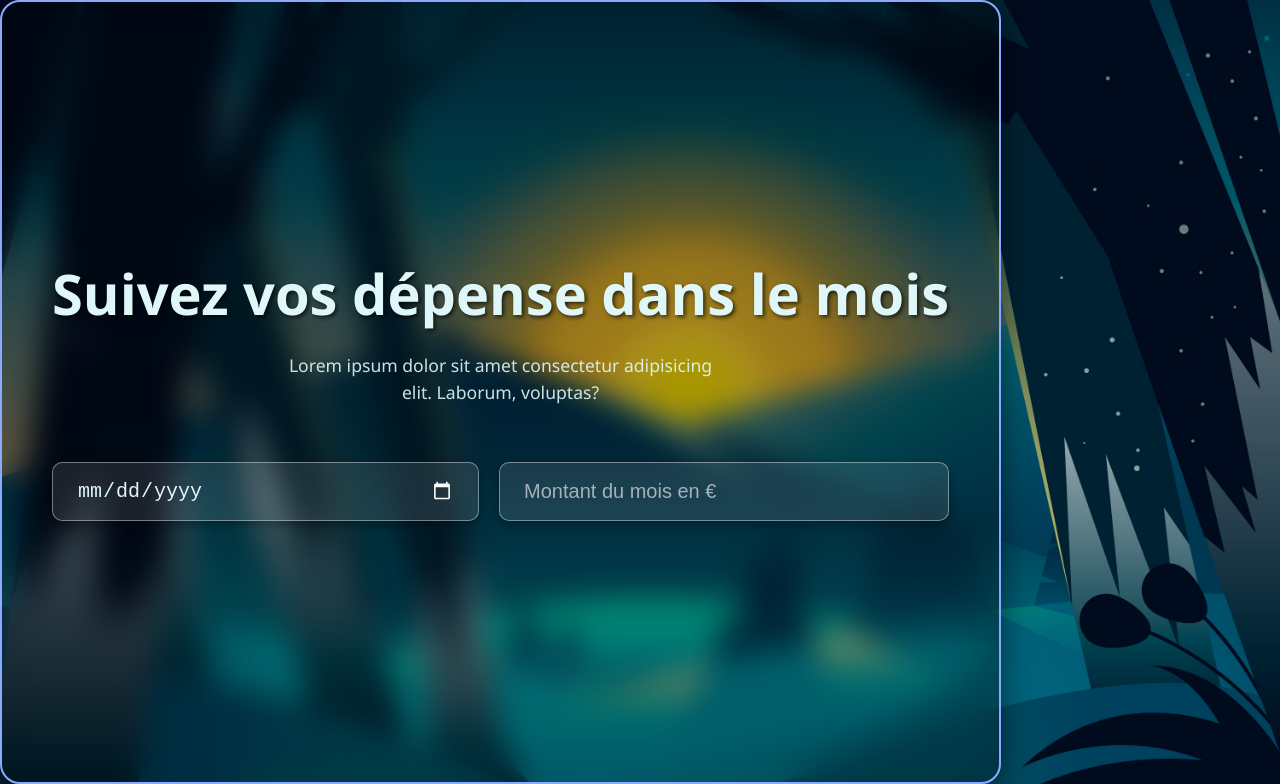
Repository: Alexandre74739/depense-react
Page: /
The author's editor kept a copy of each file at every save. The page is drawn from the files as they stood at one save, then again after the next save.
The browser window is 1280 px wide. The pictures show the whole page.
Backgrounds fixed to the window are drawn as part of the page. The project was rebuilt for these pictures with package versions that can differ from the ones it lists, and the page was loaded fresh each time. Also part of the build but not shown: vite.config.js.

Above is the page before, as saved 2025-11-21 19:40:29.

After the next save:
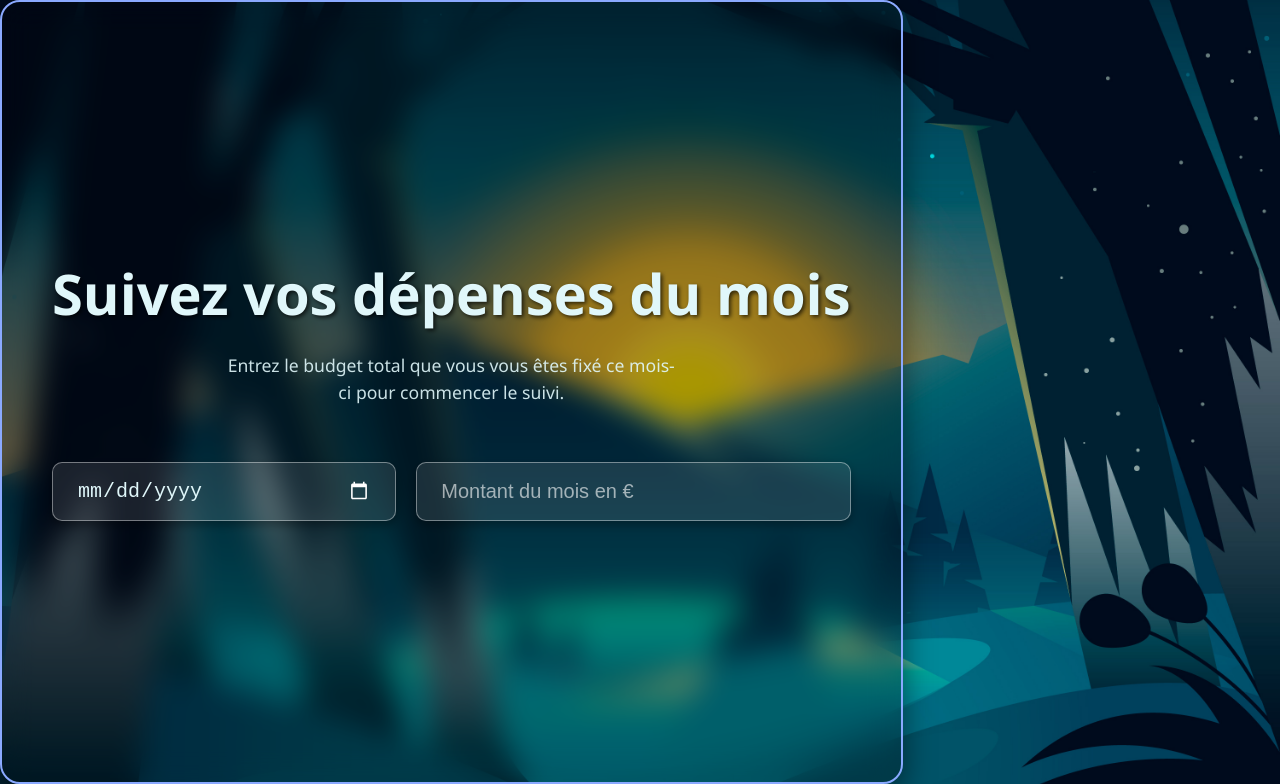
Saved 21 s later.
--- a/src/App.jsx
+++ b/src/App.jsx
@@ -3,13 +3,13 @@ import './App.css'
 import Compteur from './Compteur'
 
 function App() {
-  const [count, setCount] = useState(0)
+  const [count, setCount] = useState(0) // Variable non utilisée pour l'instant
 
   return (
     <>
       <div className="container">
-        <h1>Suivez vos dépense dans le mois</h1>
-        <p>Lorem ipsum dolor sit amet consectetur adipisicing elit. Laborum, voluptas?</p>
+        <h1>Suivez vos dépenses du mois</h1> {/* Texte ajusté */}
+        <p>Entrez le budget total que vous vous êtes fixé ce mois-ci pour commencer le suivi.</p> {/* Texte ajusté */}
         <Compteur />
       </div>
     </>
